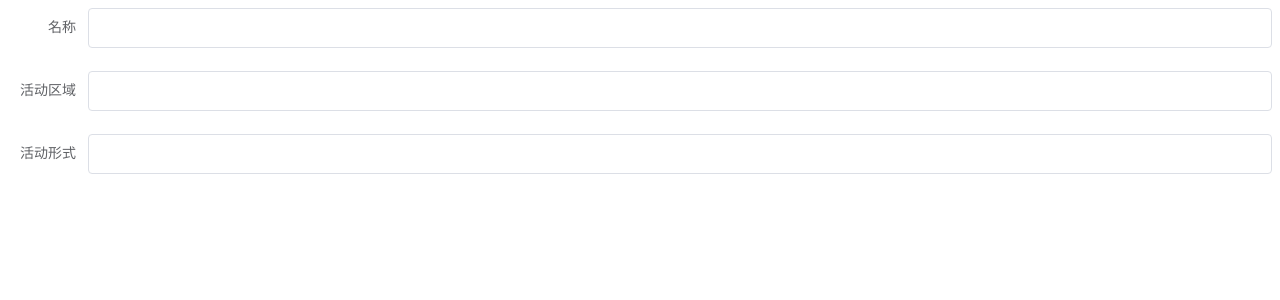
Repository: StenphonCook/mallmanger_my
Page: /#/login
The author's editor kept a copy of each file at every save. The page is drawn from the files as they stood at one save, then again after the next save.
The browser window is 1280 px wide. The pictures show the whole page.
The project was rebuilt for these pictures with package versions that can differ from the ones it lists, and the page was loaded fresh each time.

Above is the page before, as saved 2022-05-17 10:24:47.

After the next save:
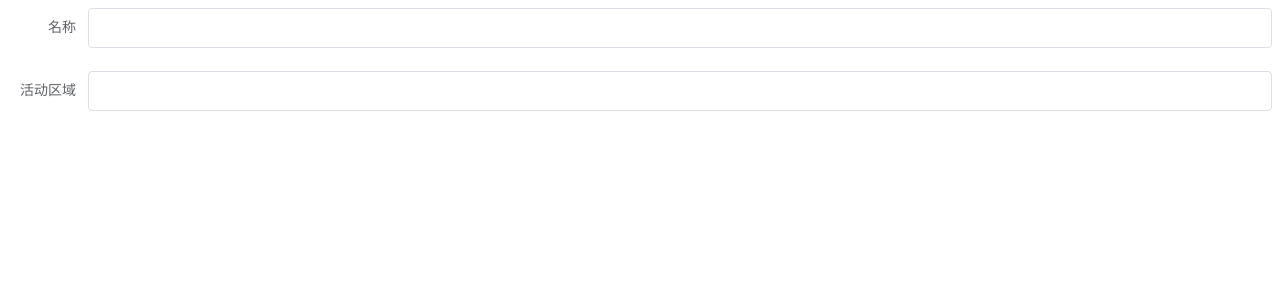
Saved 27 s later.
--- a/src/components/login/login.vue
+++ b/src/components/login/login.vue
@@ -9,9 +9,6 @@
         </el-form-item>
         <el-form-item label="活动区域">
             <el-input v-model="formdata.password"></el-input>
-        </el-form-item>
-        <el-form-item label="活动形式">
-            <el-input v-model="formdata.type"></el-input>
         </el-form-item>
     </el-form>
   </div>
